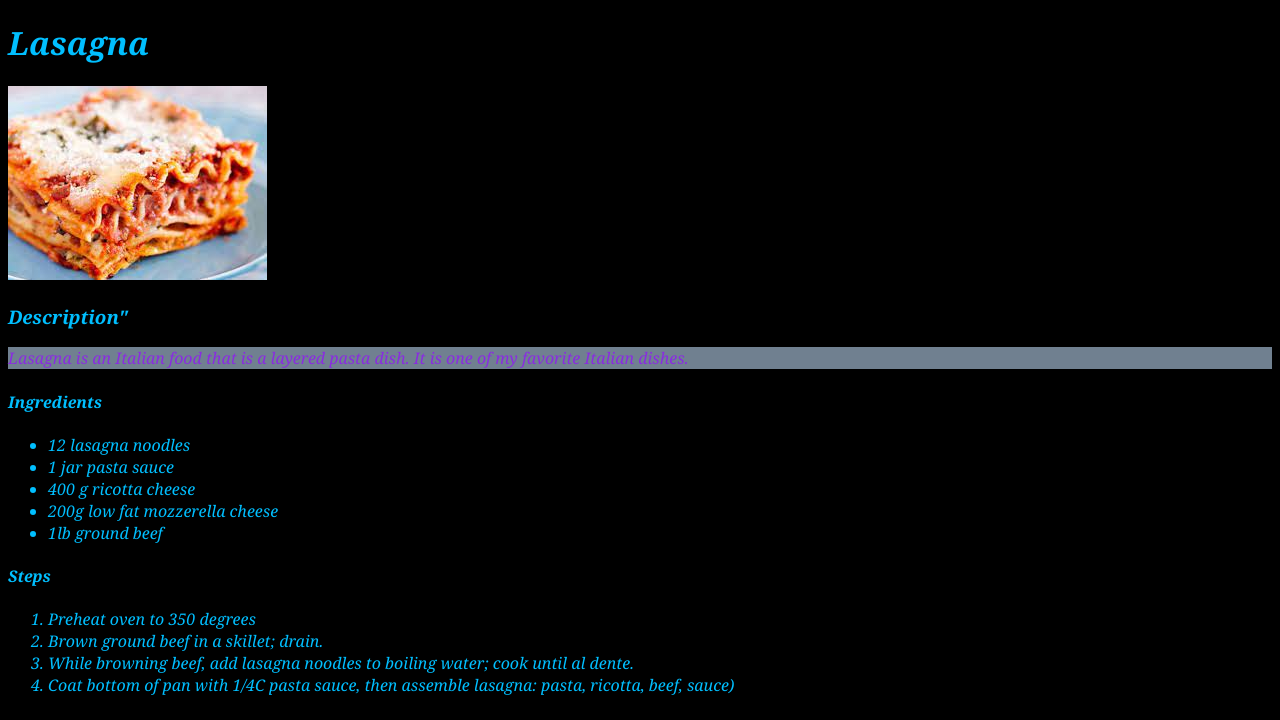
Repository: swillis91/odin-recipies
Page: repos/odin-recipies/Recipies/lasagna.html
An editor plug-in stored every save of this project. The page is shown before and after the next save, followed by the edit.
The browser window is 1280 px wide. The pictures show the whole page.

Above is the page before, as saved 2023-08-09 00:19:18.

After the next save:
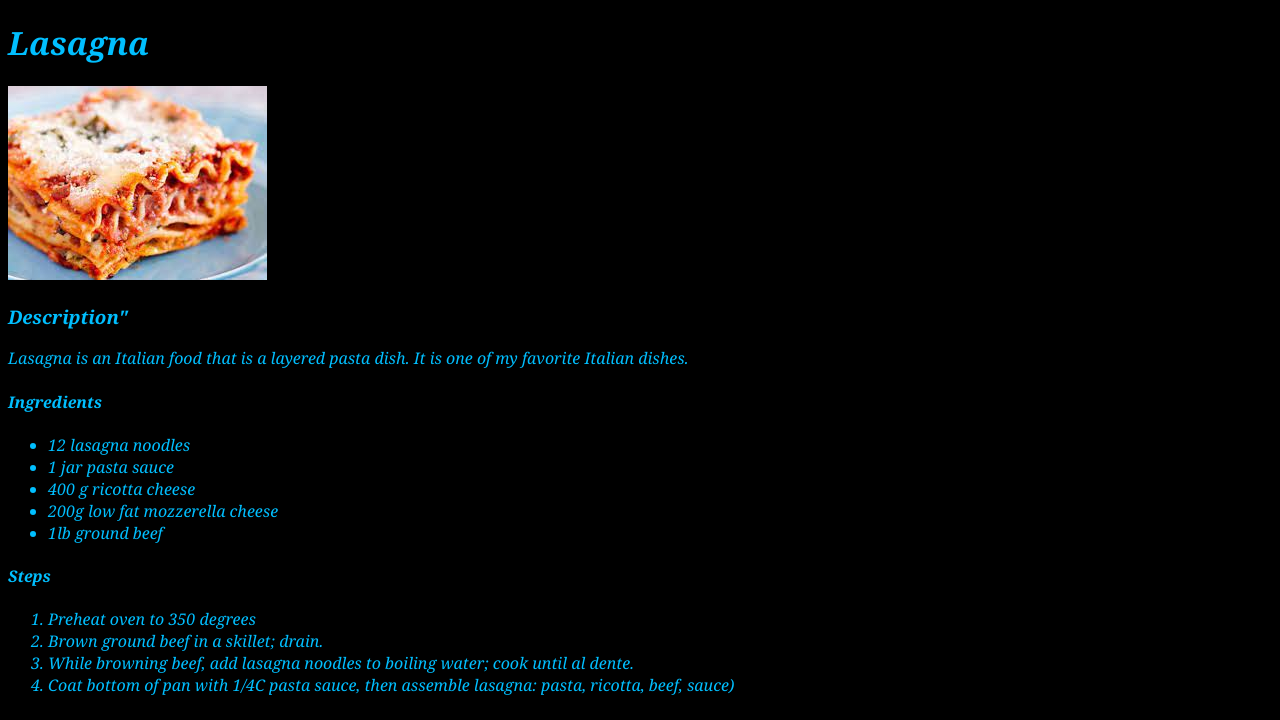
Saved 6 s later.
--- a/repos/odin-recipies/Recipies/style.css
+++ b/repos/odin-recipies/Recipies/style.css
@@ -5,8 +5,3 @@ body{
     font-family: Georgia, 'Times New Roman', Times, serif;
     font-style: oblique;
 }
-
-p{
-    color: blueviolet;
-    background-color: slategray;
-}
